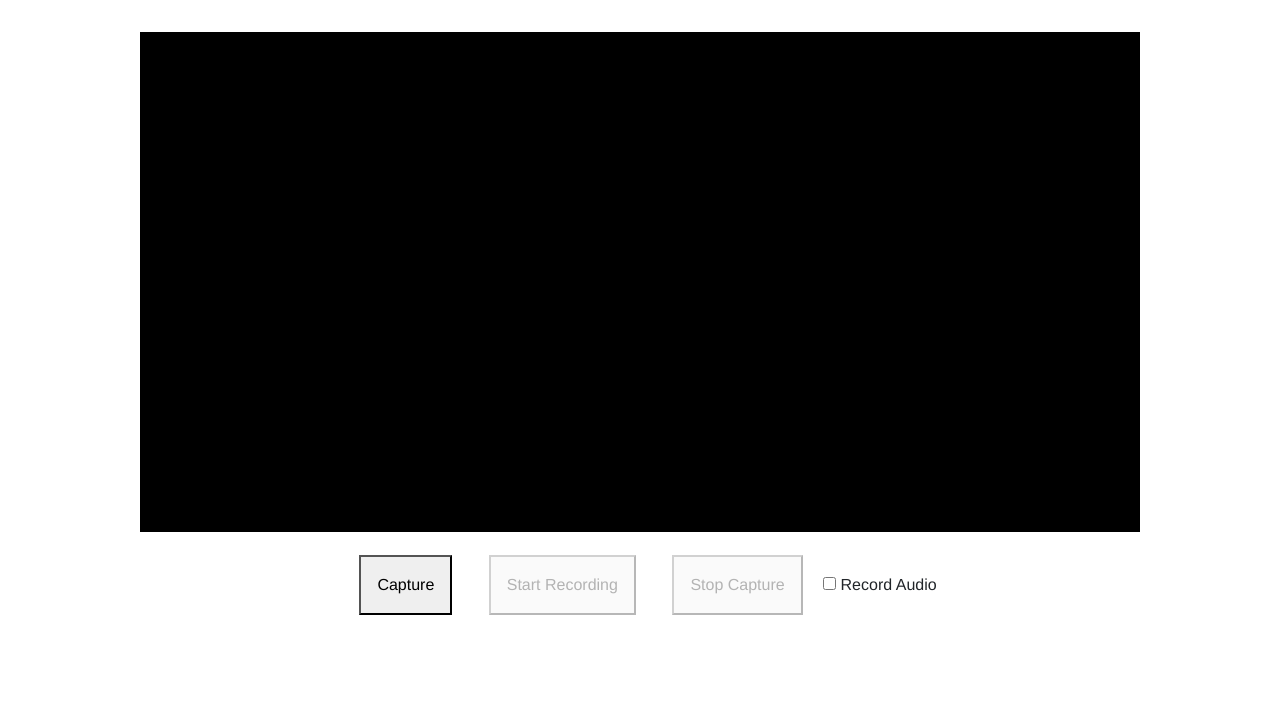
Repository: santiljanomalaj/recording_youtube
Page: index.html
An editor plug-in stored every save of this project. The page is shown before and after the next save, followed by the edit.
The browser window is 1280 px wide. The pictures show the whole page.

Above is the page before, as saved 2020-04-29 18:07:02.

### index.html
<!DOCTYPE html>
<html lang="en">
  <head>
    <title>Simple Screen Record!</title>
    <meta charset="utf-8" />
    <meta http-equiv="X-UA-Compatible" content="IE=edge" />
    <meta name="viewport" content="width=device-width, initial-scale=1" />

    <link
      rel="stylesheet"
      href="https://maxcdn.bootstrapcdn.com/bootstrap/4.4.1/css/bootstrap.min.css"
    />
    <link rel="stylesheet" href="/style.css" />

    <script src="comlink.js"></script>
    <script src="https://ajax.googleapis.com/ajax/libs/jquery/3.4.1/jquery.min.js"></script>
    <script src="https://cdnjs.cloudflare.com/ajax/libs/popper.js/1.16.0/umd/popper.min.js"></script>
    <script src="https://maxcdn.bootstrapcdn.com/bootstrap/4.4.1/js/bootstrap.min.js"></script>
    <script>
      //   if (location.protocol !== "https:") location.protocol = "https:";
    </script>
    <!-- import the webpage's stylesheet -->
  </head>
  <body>
    <center>
      <!-- <h1>World's Simplest Screenrecorder</h1> -->
      <p id="warning">
        Enable chrome://flags/#enable-experimental-web-platform-features
      </p>
      <video
        style="background-color: black; width: 1000px; height: 500px;"
        id="videoElement"
        autoplay
      ></video>
      <br />
      <button id="captureBtn">Capture</button>
      <button id="startBtn" disabled>Start Recording</button>
      <button id="stopBtn" disabled>Stop Capture</button>
      <input type="checkbox" id="audioToggle" />
      <label for="audioToggle">Record Audio</label>
      <a class="btn btn-primary" id="download" href="#" style="display: none;"
        >Download</a
      >
      <a
        type="button"
        class="btn btn-primary"
        id="trim"
        href="https://video-cut.glitch.me/"
        style="display: none;"
        target="trim"
        >Trim Video</a
      >
      <a
        type="button"
        class="btn btn-primary"
        id="convert"
        href="https://convert-to-mp4.glitch.me/"
        style="display: none;"
        target="convert"
        >Convert to MP4</a
      >
    </center>
    <script>
      if ("getDisplayMedia" in navigator.mediaDevices)
        warning.style.display = "none";

      let blobs;
      let blob;
      let rec;
      let stream;

      captureBtn.onclick = async () => {
        trim.style.display = "none";
        convert.style.display = "none";
        download.style.display = "none";
        let audio = audioToggle.checked || false;

        stream = await navigator.mediaDevices.getDisplayMedia({
          video: true,
          audio: audio,
        });
        stream
          .getVideoTracks()
          .forEach((track) => (track.contentHint = "text"));
        videoElement.srcObject = stream;
        let opts = { mimeType: "video/webm; codecs=h264" };
        blobs = [];
        rec = new MediaRecorder(stream, opts);
        rec.ondataavailable = (e) => blobs.push(e.data);
        rec.onstop = () => {
          blob = new Blob(blobs, { type: "video/mp4" });
          let url = window.URL.createObjectURL(blob);
          download.href = url;
          download.download = "test.mp4";
          download.style.display = "block";
          trim.style.display = "block";
          convert.style.display = "block";
        };
        startBtn.disabled = false;
        captureBtn.disabled = true;
        audioToggle.disabled = true;
      };

      startBtn.onclick = () => {
        startBtn.disabled = true;
        stopBtn.disabled = false;
        rec.start();
      };

      stopBtn.onclick = () => {
        captureBtn.disabled = false;
        startBtn.disabled = true;
        stopBtn.disabled = true;
        audioToggle.disabled = false;
        rec.stop();
        stream.getTracks().forEach((s) => s.stop());
        videoElement.srcObject = null;
        stream = null;
      };

      trim.onclick = async (event) => {
        event.preventDefault();
        let cutWindow = window.open(event.target.href);
        let start = Comlink.proxy(cutWindow);
        setTimeout(async () => {
          let result = await start(
            new File([blob], "test.webm", { type: "video/webm" }),
            "00:00:00"
          );
        }, 1000);
      };

      convert.onclick = async (event) => {
        event.preventDefault();
        let convertWindow = window.open(event.target.href);
        let start = Comlink.proxy(convertWindow);
        setTimeout(async () => {
          let result = await start(
            new File([blob], "test.webm", { type: "video/webm" })
          );
        }, 1000);
      };
    </script>
  </body>
</html>

### style.css
/* CSS files add styling rules to your content */

body {
  font-family: "Benton Sans", "Helvetica Neue", helvetica, arial, sans-serif;
  margin: 2em;
}

h1 {
  font-style: italic;
  color: #373fff;
}

video {
  width: 1000px;
  height: 1000px;
}

button {
  margin: 1em;
  padding: 1em;
}

a {
  color: blue;
}

### comlink.js
/**
 * Copyright 2017 Google Inc. All Rights Reserved.
 * Licensed under the Apache License, Version 2.0 (the "License");
 * you may not use this file except in compliance with the License.
 * You may obtain a copy of the License at
 *     http://www.apache.org/licenses/LICENSE-2.0
 * Unless required by applicable law or agreed to in writing, software
 * distributed under the License is distributed on an "AS IS" BASIS,
 * WITHOUT WARRANTIES OR CONDITIONS OF ANY KIND, either express or implied.
 * See the License for the specific language governing permissions and
 * limitations under the License.
 */
(function (factory) {
  if (typeof module === "object" && typeof module.exports === "object") {
    var v = factory(require, exports);
    if (v !== undefined) module.exports = v;
  } else if (typeof define === "function" && define.amd) {
    define(["require", "exports"], factory);
  } else {
    factory([], (self.Comlink = {}));
  }
})(function (require, exports) {
  "use strict";
  Object.defineProperty(exports, "__esModule", { value: true });
  const TRANSFERABLE_TYPES = [ArrayBuffer, MessagePort];
  const uid = Math.floor(Math.random() * Number.MAX_SAFE_INTEGER);
  const proxyValueSymbol = Symbol("proxyValue");
  const throwSymbol = Symbol("throw");
  const proxyTransferHandler = {
    canHandle: (obj) => obj && obj[proxyValueSymbol],
    serialize: (obj) => {
      const { port1, port2 } = new MessageChannel();
      expose(obj, port1);
      return port2;
    },
    deserialize: (obj) => {
      return proxy(obj);
    },
  };
  const throwTransferHandler = {
    canHandle: (obj) => obj && obj[throwSymbol],
    serialize: (obj) => obj.toString() + "\n" + obj.stack,
    deserialize: (obj) => {
      throw Error(obj);
    },
  };
  exports.transferHandlers = new Map([
    ["PROXY", proxyTransferHandler],
    ["THROW", throwTransferHandler],
  ]);
  let pingPongMessageCounter = 0;
  function proxy(endpoint, target) {
    if (isWindow(endpoint)) endpoint = windowEndpoint(endpoint);
    if (!isEndpoint(endpoint))
      throw Error(
        "endpoint does not have all of addEventListener, removeEventListener and postMessage defined"
      );
    activateEndpoint(endpoint);
    return cbProxy(
      async (irequest) => {
        let args = [];
        if (irequest.type === "APPLY" || irequest.type === "CONSTRUCT")
          args = irequest.argumentsList.map(wrapValue);
        const response = await pingPongMessage(
          endpoint,
          Object.assign({}, irequest, { argumentsList: args }),
          transferableProperties(args)
        );
        const result = response.data;
        return unwrapValue(result.value);
      },
      [],
      target
    );
  }
  exports.proxy = proxy;
  function proxyValue(obj) {
    obj[proxyValueSymbol] = true;
    return obj;
  }
  exports.proxyValue = proxyValue;
  function expose(rootObj, endpoint) {
    if (isWindow(endpoint)) endpoint = windowEndpoint(endpoint);
    if (!isEndpoint(endpoint))
      throw Error(
        "endpoint does not have all of addEventListener, removeEventListener and postMessage defined"
      );
    activateEndpoint(endpoint);
    attachMessageHandler(endpoint, async function (event) {
      if (!event.data.id || !event.data.callPath) return;
      const irequest = event.data;
      let that = await irequest.callPath
        .slice(0, -1)
        .reduce((obj, propName) => obj[propName], rootObj);
      let obj = await irequest.callPath.reduce(
        (obj, propName) => obj[propName],
        rootObj
      );
      let iresult = obj;
      let args = [];
      if (irequest.type === "APPLY" || irequest.type === "CONSTRUCT")
        args = irequest.argumentsList.map(unwrapValue);
      if (irequest.type === "APPLY") {
        try {
          iresult = await obj.apply(that, args);
        } catch (e) {
          iresult = e;
          iresult[throwSymbol] = true;
        }
      }
      if (irequest.type === "CONSTRUCT") {
        try {
          iresult = new obj(...args); // eslint-disable-line new-cap
          iresult = proxyValue(iresult);
        } catch (e) {
          iresult = e;
          iresult[throwSymbol] = true;
        }
      }
      if (irequest.type === "SET") {
        obj[irequest.property] = irequest.value;
        // FIXME: ES6 Proxy Handler `set` methods are supposed to return a
        // boolean. To show good will, we return true asynchronously ¯\_(ツ)_/¯
        iresult = true;
      }
      iresult = makeInvocationResult(iresult);
      iresult.id = irequest.id;
      return endpoint.postMessage(iresult, transferableProperties([iresult]));
    });
  }
  exports.expose = expose;
  function wrapValue(arg) {
    // Is arg itself handled by a TransferHandler?
    for (const [key, transferHandler] of exports.transferHandlers) {
      if (transferHandler.canHandle(arg)) {
        return {
          type: key,
          value: transferHandler.serialize(arg),
        };
      }
    }
    // If not, traverse the entire object and find handled values.
    let wrappedChildren = [];
    for (const item of iterateAllProperties(arg)) {
      for (const [key, transferHandler] of exports.transferHandlers) {
        if (transferHandler.canHandle(item.value)) {
          wrappedChildren.push({
            path: item.path,
            wrappedValue: {
              type: key,
              value: transferHandler.serialize(item.value),
            },
          });
        }
      }
    }
    for (const wrappedChild of wrappedChildren) {
      const container = wrappedChild.path
        .slice(0, -1)
        .reduce((obj, key) => obj[key], arg);
      container[wrappedChild.path[wrappedChild.path.length - 1]] = null;
    }
    return {
      type: "RAW",
      value: arg,
      wrappedChildren,
    };
  }
  function unwrapValue(arg) {
    if (exports.transferHandlers.has(arg.type)) {
      const transferHandler = exports.transferHandlers.get(arg.type);
      return transferHandler.deserialize(arg.value);
    } else if (isRawWrappedValue(arg)) {
      for (const wrappedChildValue of arg.wrappedChildren || []) {
        if (!exports.transferHandlers.has(wrappedChildValue.wrappedValue.type))
          throw Error(
            `Unknown value type "${arg.type}" at ${wrappedChildValue.path.join(
              "."
            )}`
          );
        const transferHandler = exports.transferHandlers.get(
          wrappedChildValue.wrappedValue.type
        );
        const newValue = transferHandler.deserialize(
          wrappedChildValue.wrappedValue.value
        );
        replaceValueInObjectAtPath(arg.value, wrappedChildValue.path, newValue);
      }
      return arg.value;
    } else {
      throw Error(`Unknown value type "${arg.type}"`);
    }
  }
  function replaceValueInObjectAtPath(obj, path, newVal) {
    const lastKey = path.slice(-1)[0];
    const lastObj = path.slice(0, -1).reduce((obj, key) => obj[key], obj);
    lastObj[lastKey] = newVal;
  }
  function isRawWrappedValue(arg) {
    return arg.type === "RAW";
  }
  function windowEndpoint(w) {
    if (self.constructor.name !== "Window") throw Error("self is not a window");
    return {
      addEventListener: self.addEventListener.bind(self),
      removeEventListener: self.removeEventListener.bind(self),
      postMessage: (msg, transfer) => w.postMessage(msg, "*", transfer),
    };
  }
  function isEndpoint(endpoint) {
    return (
      "addEventListener" in endpoint &&
      "removeEventListener" in endpoint &&
      "postMessage" in endpoint
    );
  }
  function activateEndpoint(endpoint) {
    if (isMessagePort(endpoint)) endpoint.start();
  }
  function attachMessageHandler(endpoint, f) {
    // Checking all possible types of `endpoint` manually satisfies TypeScript’s
    // type checker. Not sure why the inference is failing here. Since it’s
    // unnecessary code I’m going to resort to `any` for now.
    // if(isWorker(endpoint))
    //   endpoint.addEventListener('message', f);
    // if(isMessagePort(endpoint))
    //   endpoint.addEventListener('message', f);
    // if(isOtherWindow(endpoint))
    //   endpoint.addEventListener('message', f);
    endpoint.addEventListener("message", f);
  }
  function detachMessageHandler(endpoint, f) {
    // Same as above.
    endpoint.removeEventListener("message", f);
  }
  function isMessagePort(endpoint) {
    return endpoint.constructor.name === "MessagePort";
  }
  function isWindow(endpoint) {
    // TODO: This doesn’t work on cross-origin iframes.
    // return endpoint.constructor.name === 'Window';
    return ["window", "length", "location", "parent", "opener"].every(
      (prop) => prop in endpoint
    );
  }
  /**
   * `pingPongMessage` sends a `postMessage` and waits for a reply. Replies are
   * identified by a unique id that is attached to the payload.
   */
  function pingPongMessage(endpoint, msg, transferables) {
    const id = `${uid}-${pingPongMessageCounter++}`;
    return new Promise((resolve) => {
      attachMessageHandler(endpoint, function handler(event) {
        if (event.data.id !== id) return;
        detachMessageHandler(endpoint, handler);
        resolve(event);
      });
      // Copy msg and add `id` property
      msg = Object.assign({}, msg, { id });
      endpoint.postMessage(msg, transferables);
    });
  }
  function cbProxy(cb, callPath = [], target = function () {}) {
    return new Proxy(target, {
      construct(_target, argumentsList, proxy) {
        return cb({
          type: "CONSTRUCT",
          callPath,
          argumentsList,
        });
      },
      apply(_target, _thisArg, argumentsList) {
        // We use `bind` as an indicator to have a remote function bound locally.
        // The actual target for `bind()` is currently ignored.
        if (callPath[callPath.length - 1] === "bind")
          return cbProxy(cb, callPath.slice(0, -1));
        return cb({
          type: "APPLY",
          callPath,
          argumentsList,
        });
      },
      get(_target, property, proxy) {
        if (property === "then" && callPath.length === 0) {
          return { then: () => proxy };
        } else if (property === "then") {
          const r = cb({
            type: "GET",
            callPath,
          });
          return Promise.resolve(r).then.bind(r);
        } else {
          return cbProxy(cb, callPath.concat(property), _target[property]);
        }
      },
      set(_target, property, value, _proxy) {
        return cb({
          type: "SET",
          callPath,
          property,
          value,
        });
      },
    });
  }
  function isTransferable(thing) {
    return TRANSFERABLE_TYPES.some((type) => thing instanceof type);
  }
  function* iterateAllProperties(value, path = [], visited = null) {
    if (!value) return;
    if (!visited) visited = new WeakSet();
    if (visited.has(value)) return;
    if (typeof value === "string") return;
    if (typeof value === "object") visited.add(value);
    if (ArrayBuffer.isView(value)) return;
    yield { value, path };
    const keys = Object.keys(value);
    for (const key of keys)
      yield* iterateAllProperties(value[key], [...path, key], visited);
  }
  function transferableProperties(obj) {
    const r = [];
    for (const prop of iterateAllProperties(obj)) {
      if (isTransferable(prop.value)) r.push(prop.value);
    }
    return r;
  }
  function makeInvocationResult(obj) {
    for (const [type, transferHandler] of exports.transferHandlers) {
      if (transferHandler.canHandle(obj)) {
        const value = transferHandler.serialize(obj);
        return {
          value: { type, value },
        };
      }
    }
    return {
      value: {
        type: "RAW",
        value: obj,
      },
    };
  }
});

After the next save:
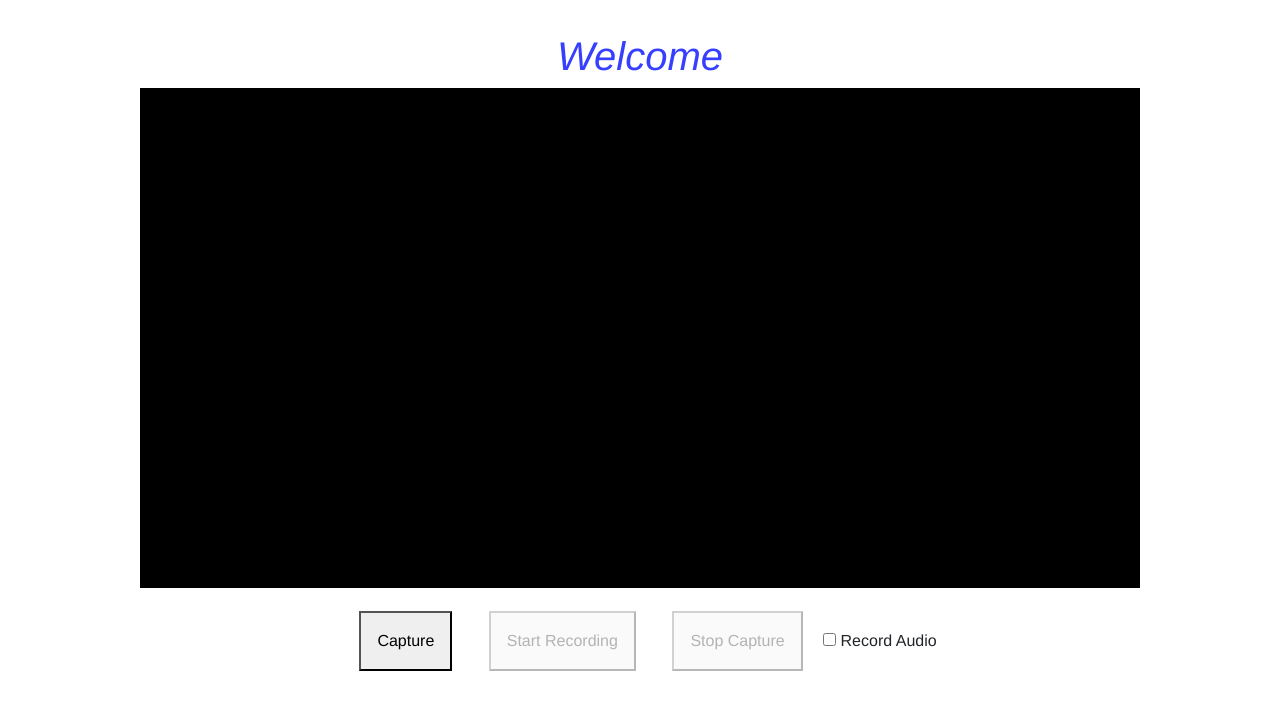
Saved 44 s later.
--- a/index.html
+++ b/index.html
@@ -23,7 +23,7 @@
   </head>
   <body>
     <center>
-      <!-- <h1>World's Simplest Screenrecorder</h1> -->
+      <h1>Welcome</h1>
       <p id="warning">
         Enable chrome://flags/#enable-experimental-web-platform-features
       </p>
